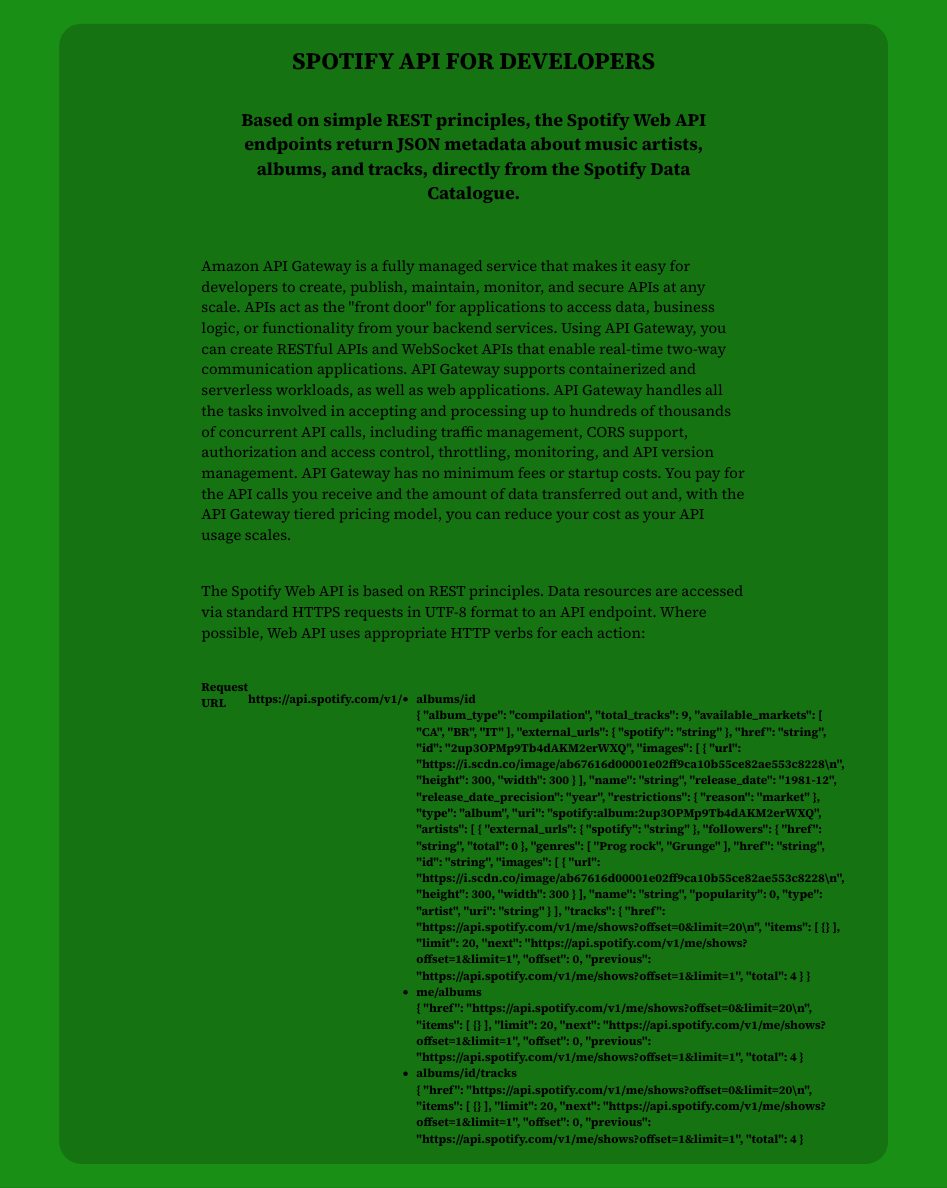
Repository: eliasihai/dizza-html-project
Page: index.html
The author's editor kept a copy of each file at every save. The page is drawn from the files as they stood at one save, then again after the next save.
The browser window is 1280 px wide. The pictures show the whole page, at 74% of full size.

Above is the page before, as saved 2022-01-27 23:54:07.

After the next save:
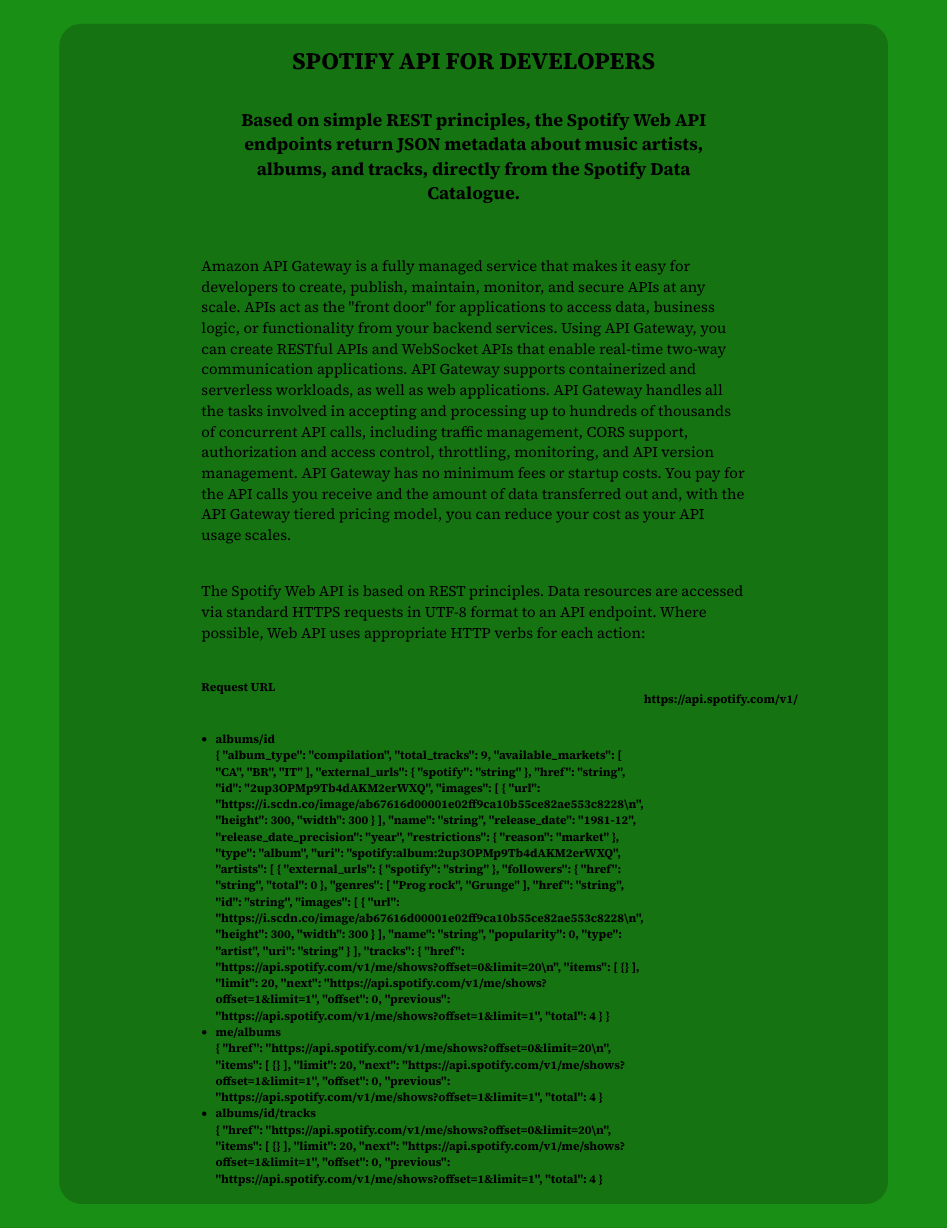
Saved 23 s later.
--- a/style.css
+++ b/style.css
@@ -40,7 +40,7 @@
 } */
 .list_container {
   display: grid;
-  grid-template-columns: auto auto auto;
+  grid-template-columns: auto auto ;
   /* align-items: center;
   justify-content: flex-start;
   flex: 50%; */
